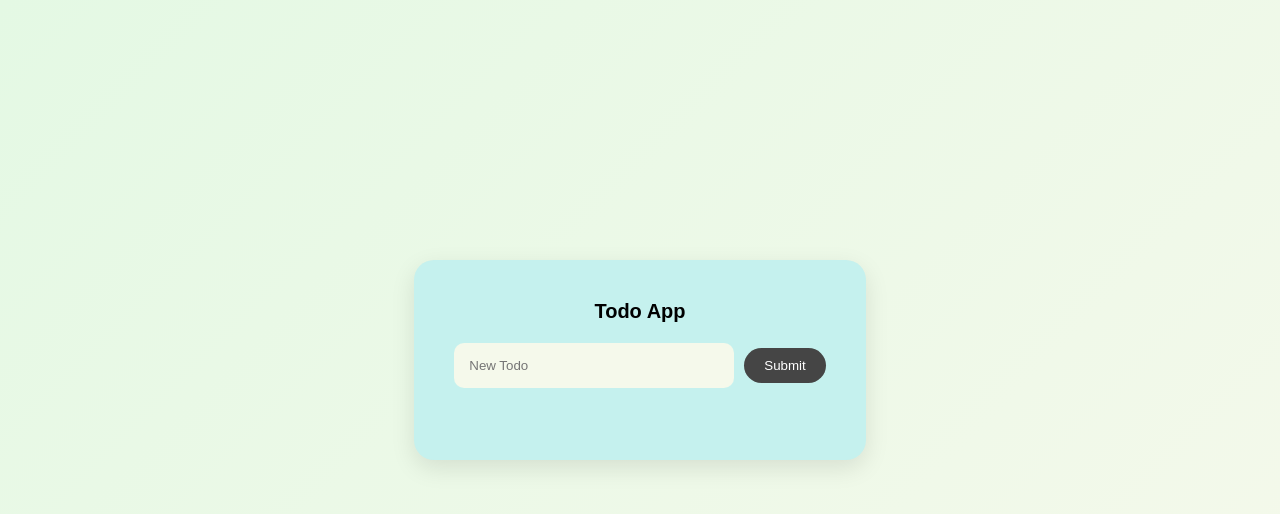
Repository: Subhadeep2609/Todo_React
Page: /
An editor plug-in stored every save of this project. The page is shown before and after the next save, followed by the edit.
The browser window is 1280 px wide. The pictures show the whole page.
The project was rebuilt for these pictures with package versions that can differ from the ones it lists, and the page was loaded fresh each time. Also part of the build but not shown: vite.config.js.

Above is the page before, as saved 2025-09-04 13:48:10.

After the next save:
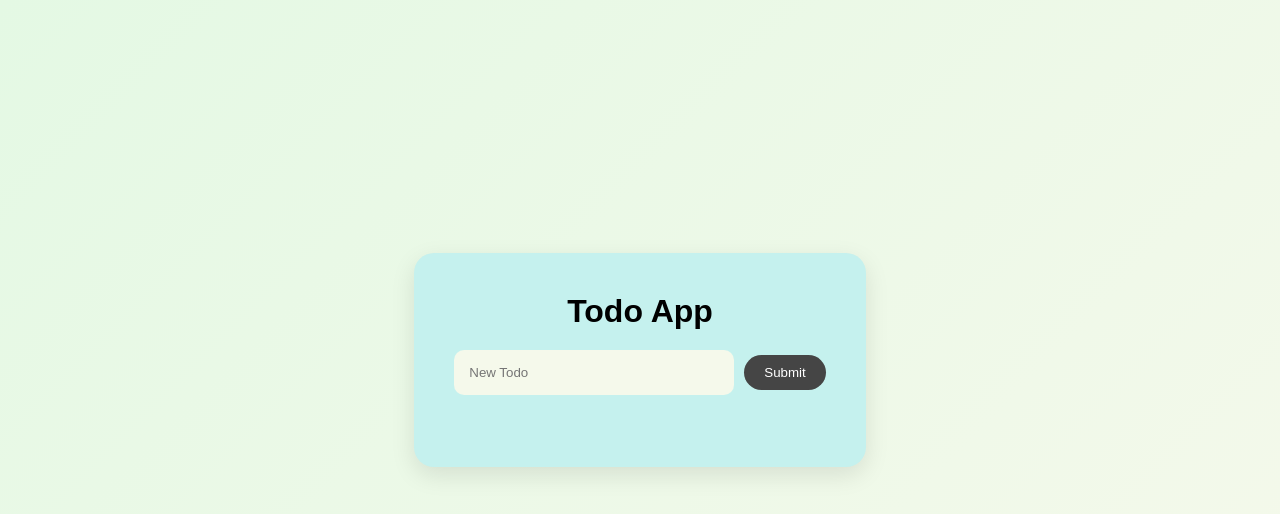
Saved 9 s later.
--- a/src/index.css
+++ b/src/index.css
@@ -14,7 +14,7 @@ body {
   font-family: "Poppins", sans-serif;
 }
 .heading{
-  font-size:20px;
+  /* font-size:20px; */
   text-align: center;
   margin-bottom: 20px;
 }
